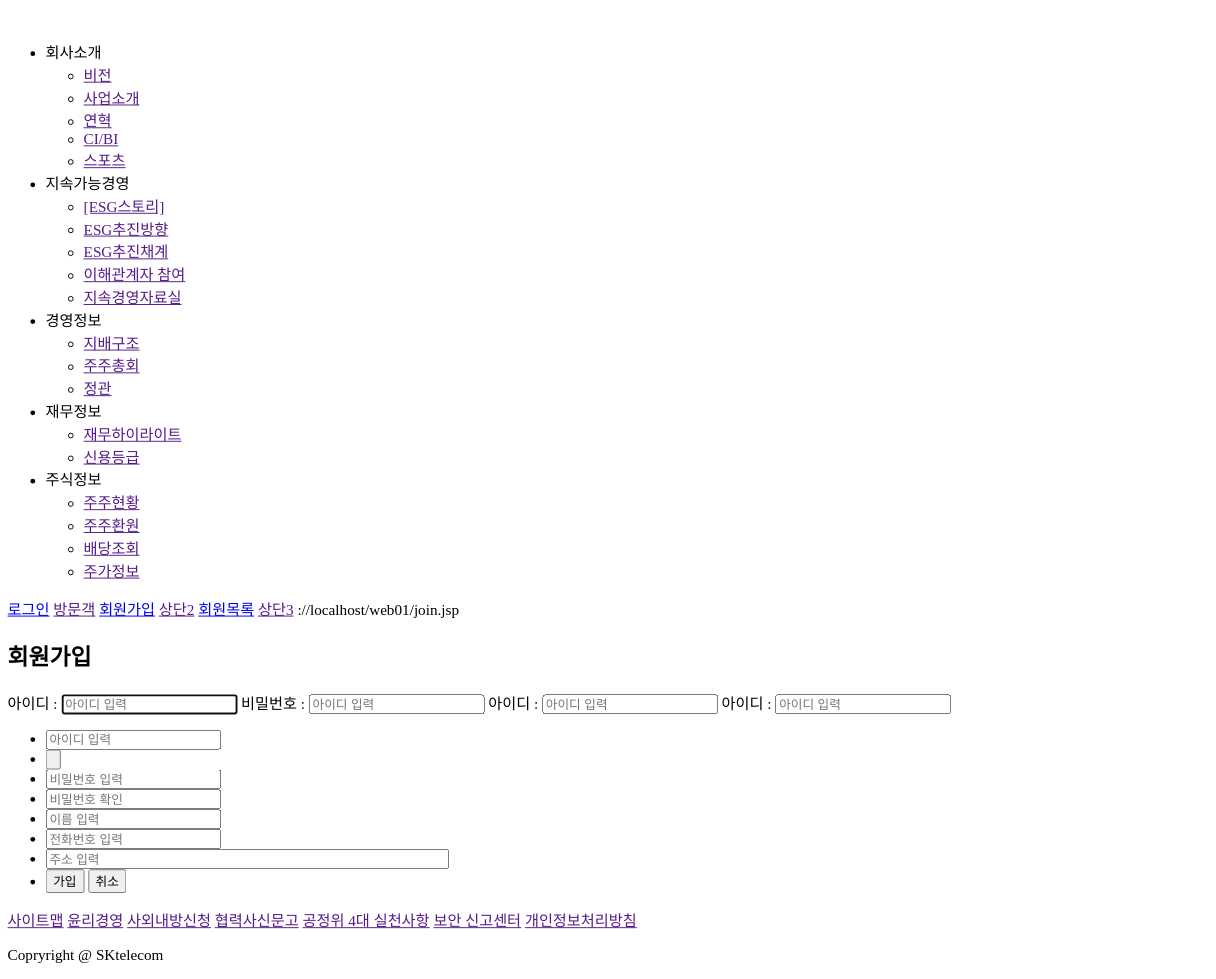
Repository: star-min/jsp_basic
Page: http://localhost/web01/join.jsp
An editor plug-in stored every save of this project. The page is shown before and after the next save, followed by the edit.
The browser window is 1280 px wide. The pictures show the whole page, at 95% of full size.
The page is served by Tomcat 9.

Above is the page before, as saved 2022-04-26 08:15:26.

After the next save:
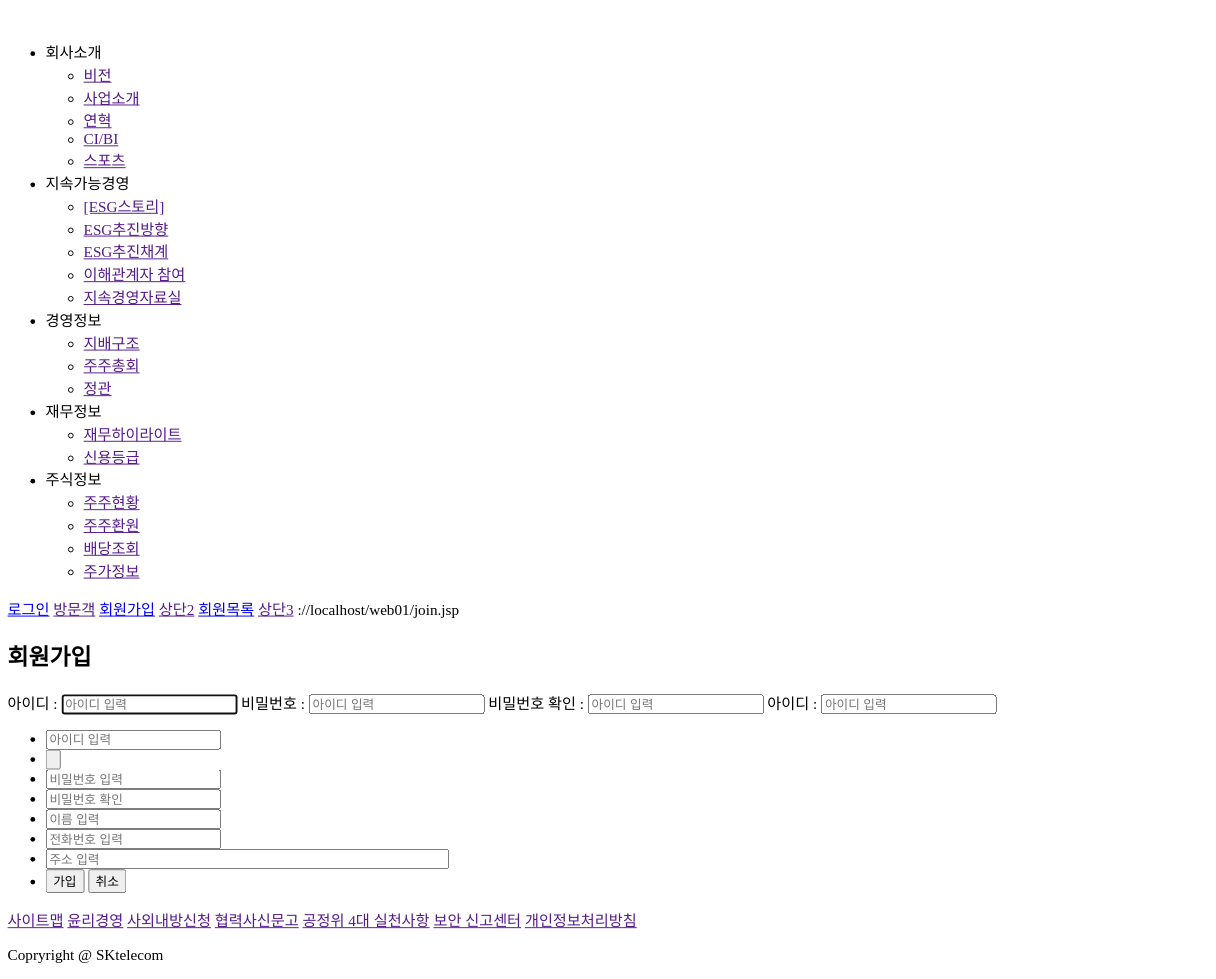
Saved 11 s later.
--- a/jsp1/web01/src/main/webapp/join.jsp
+++ b/jsp1/web01/src/main/webapp/join.jsp
@@ -30,7 +30,7 @@
 				</td>
 			</tr>
 			<tr>
-				<td>아이디 : </td>
+				<td>비밀번호 확인 : </td>
 				<td>
 					<input type="text" class="indata" id="uid" name="uid" placeholder="아이디 입력" required autofocus>
 				</td>
